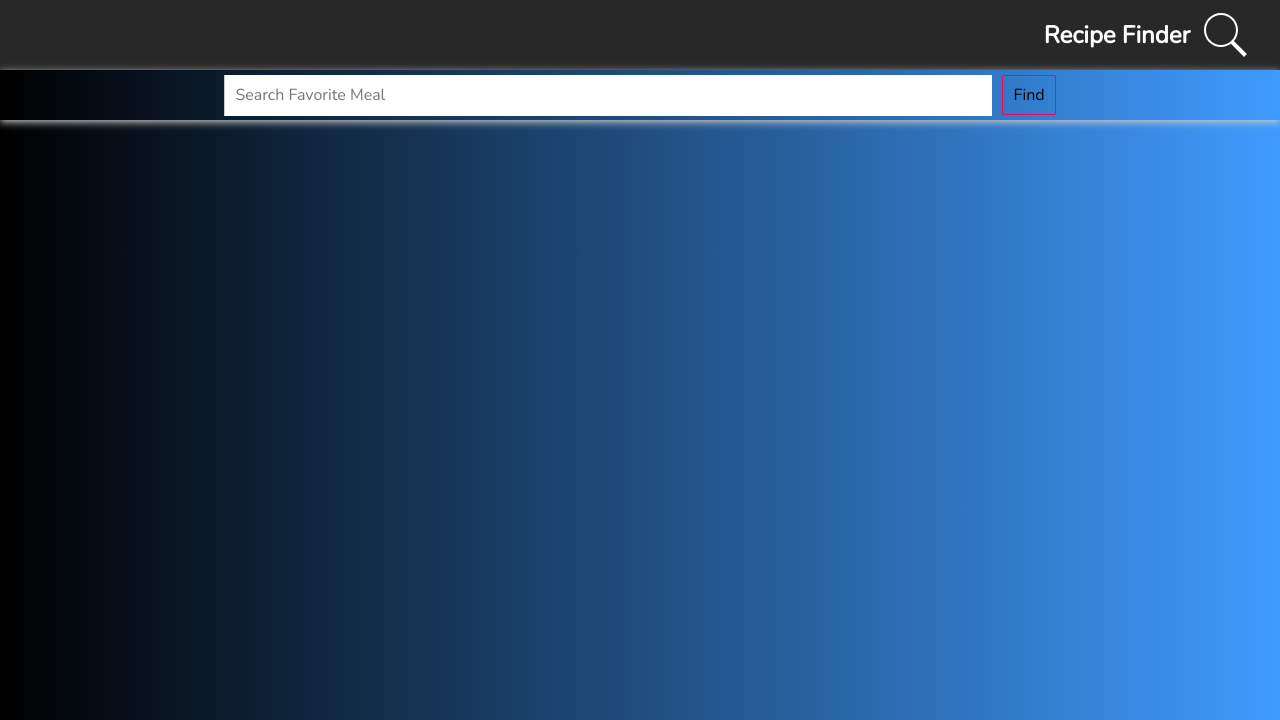
Repository: burntaftermint/recipes
Page: index.html
The author's editor kept a copy of each file at every save. The page is drawn from the files as they stood at one save, then again after the next save.
The browser window is 1280 px wide. The pictures show the whole page.
The page's requests for data from a server got no answer.

Above is the page before, as saved 2023-11-07 03:34:23.

### index.html
<!DOCTYPE html>
<html lang="en">
<head>
    <meta charset="UTF-8">
    <meta name="viewport" content="width=device-width, initial-scale=1.0">
    <title>Recipe Finder</title>
    <link rel="stylesheet" href="style.css">
    <script src="app.js" defer></script>
</head>
<body>
    <header>
        <h2>Recipe Finder</h2>
        <img src="images/search.svg" alt="Search">
    </header>
    <section class="container">
        <div id="loading"></div>
        <div class="search">
            <input id="txtSearch" type="text" placeholder="Search Favorite Meal" autofocus>
            <button class="btn">Find</button>
        </div>
        <div id="recipe-container">

</div>
    </section>
</body>
</html>

### style.css
@import url('https://fonts.googleapis.com/css2?family=Architects+Daughter&family=Kumbh+Sans:wght@400;700&family=Montserrat:ital,wght@0,100;0,200;0,300;0,400;0,500;0,600;0,700;0,800;0,900;1,100;1,200;1,300;1,400;1,500;1,600;1,700;1,800;1,900&family=Nunito&family=Roboto:wght@300&family=Rubik:wght@400;500;600;700;800&display=swap');
:root {
    --light-color: #fff;
    --dark-color: #282828;
    --header-height: 70px;
    --search-height: 50px;
    --border-color: #ccc;
}
* {
    margin: 0;
    padding: 0;
    box-sizing: border-box;
    font-family: 'Nunito', sans-serif;
}

body {
    height: 100vh;
    width: 100vw;
    background: linear-gradient(to right, #000000, #3f9bfe);
    overflow: hidden;
}

.container {
    text-align: center;
    height: calc(100vh - var(--header-height));
}

header {
    height: var(--header-height);
    background: var(--dark-color);
    display: flex;
    align-items: center;
    justify-content: flex-end;
    color: var(--light-color);
    gap: 10px;
    padding-right: 30px;
}

header img {
    filter: invert(1);
}

.search {
    display: flex;
    justify-content: center;
    align-items: center;
    height: var(--search-height);
    gap: 10px;
    box-shadow: 0px 2px 8px 0px var(--border-color);
}

.search input[type="text"] {
    padding: 8px 10px;
    line-height: 1.5;
    font-size: 1rem;
    border: none;
    border-left: 1px solid var(--border-color);
    border-bottom: 1px solid transparent;
    outline: none;
    transition: all 200ms ease-in-out;
    width: 60%;

}

.search input[type="text"] :focus {
    border-left-color: transparent;
    border-bottom-color: var(--border-color);
    width: 61%;
}

.btn {
    padding: 8px 10px;
    background: transparent;
    border-radius: 2px;
    user-select: none;
    font-size: 1rem;
    border: 1px solid #ff005d;
    cursor: pointer;
}

.btn:hover {
    background: #ff005d;
    border-color: var(--light-color);
}

#recipe-container {
    display: flex;
    justify-content: center;
    align-items: flex-start;
    flex-wrap: wrap;
    height: calc(100vh - (var(--header-height) + var(--search-height) + 20px));
    overflow: hidden;
    overflow-y: auto;
}

.recipe {
    height: 300px;
    width: 300px;
    padding: 8px;
    box-shadow: 0px 0px 8px 2px #282828;
    margin: 20px;
    transition: all 200ms ease-in-out;
    border-radius: 4px 4px 0px 0px;
    background: linear-gradient(to top, #fff6d4, #fca8ff)
}

.recipe-title {
    height: 70px;
    display: flex;
    align-items: center;
    justify-content: center;
    font-size: 1rem;
    padding: 5px;
}

.recipe-image {
    height: 210px;
}

.recipe-image img {
    height: 100%;
    width: 100%;
}

.recipe-text {
    height: 0px;
    visibility: hidden;
    opacity: 0;
    transition: all 200ms ease-in-out;
    background: #ccc;
    margin-top: 20px;
    overflow: hidden;
    overflow-y: auto;
    transform: scale(.8);
    transform-origin: top left;
}

.recipe-text ul {
    list-style-type: circle;
    list-style-position: inside;
    text-align: left;
    padding: 5px;
}

.recipe-text ul > li {
    padding: 5px;
}

.recipe:hover .recipe-text {
    height: 120px;
    visibility: visible;
    opacity: 1;
    transform: scale(1);
}

.recipe:hover{
    height: 440px;
}

::selection {
    color: var(--light-color);
    background: rgb(177, 33, 249);
}

#loading {
    background: url(images/Spinnercolor.gif) no-repeat center center;
    position: absolute;
    width: 100%;
    height: 100%;
    z-index: 999;
}

.hide {
    display: none;
}

@media only screen and (max-width: 700px) {
    body{
        background: linear-gradient(to right, #fff6d4, #3f9bfe);
    }
    .recipe {
        background: linear-gradient(to top, #fff6d4, #fca8ff);
    }
}

### app.js
const appId = "4b9421ae";
const appKey = "bbff63d7d53d545896d77f31eca36816";
const baseUrl = `https://api.edamam.com/api/recipes/v2?type=public&app_id=${appId}&app_key=${appKey}`;
const recipeContainer = document.querySelector("#recipe-container");
const txtSearch = document.querySelector("#txtSearch");
const btnFind = document.querySelector(".btn");
const loadingEle = document.querySelector("#loading");

btnFind.addEventListener("click", () => loadRecipes(txtSearch.value));

txtSearch.addEventListener("keyup", (e) => {
    const inputVal = txtSearch.value;
    if (e.keyCode === 13) {
        loadRecipes(inputVal);
    }
});

const toggleLoad = (element, isShow) => {
    element.classList.toggle("hide", isShow);
}
const setScrollPosition = () => {
    recipeContainer.scrollTo({ top:0, behavior: "smooth" });
}
function loadRecipes(type="panner") {
    toggleLoad(loadingEle, false)
    const url=baseUrl+ `&q=${type}`;
    fetch(url)
    .then((res) => res.json())
    .then((data) => {
        renderRecipes(data.hits);
        toggleLoad(loadingEle, true);
    })
    .catch((error) => toggleLoad(loadingEle, true))
    .finally(() => setScrollPosition());
}
loadRecipes();

const getRecipeStepsStr = (ingredientLines = []) => {
    let str = "";
    for(var step of ingredientLines) {
        str = str + `<li>${step}</li>`;
    }
    return str;
};

const renderRecipes = (recipeList=[]) => {
    recipeContainer.innerHTML = "";
    recipeList.forEach((recipeObj) => {
            const {
                label: recipeTitle,
                 ingredientLines,
                  image:recipeImage
                } = recipeObj.recipe;
                const recipeStepsStr = getRecipeStepsStr(ingredientLines);
        const htmlStr = `<div class="recipe">
                <div class="recipe-title">${recipeTitle}</div>
                <div class="recipe-image">
                    <img src="${recipeImage}" alt="Recipe">
                </div>


        <div class="recipe-text">
            <ul>
                ${recipeStepsStr}
            </ul>
        </div>
    </div>`;
    recipeContainer.insertAdjacentHTML("beforeend", htmlStr);
    })
}

After the next save:
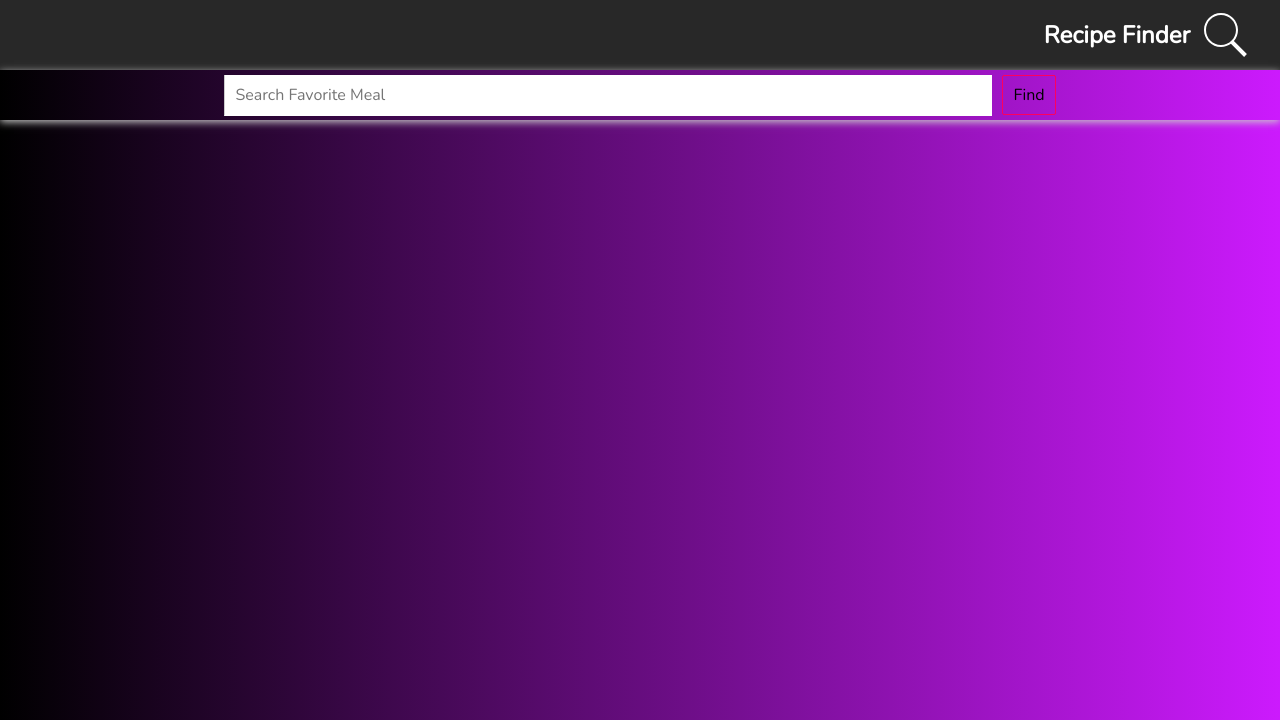
Saved 20 s later.
--- a/style.css
+++ b/style.css
@@ -16,7 +16,7 @@
 body {
     height: 100vh;
     width: 100vw;
-    background: linear-gradient(to right, #000000, #3f9bfe);
+    background: linear-gradient(to right, #000000, #cc1afd);
     overflow: hidden;
 }
 
